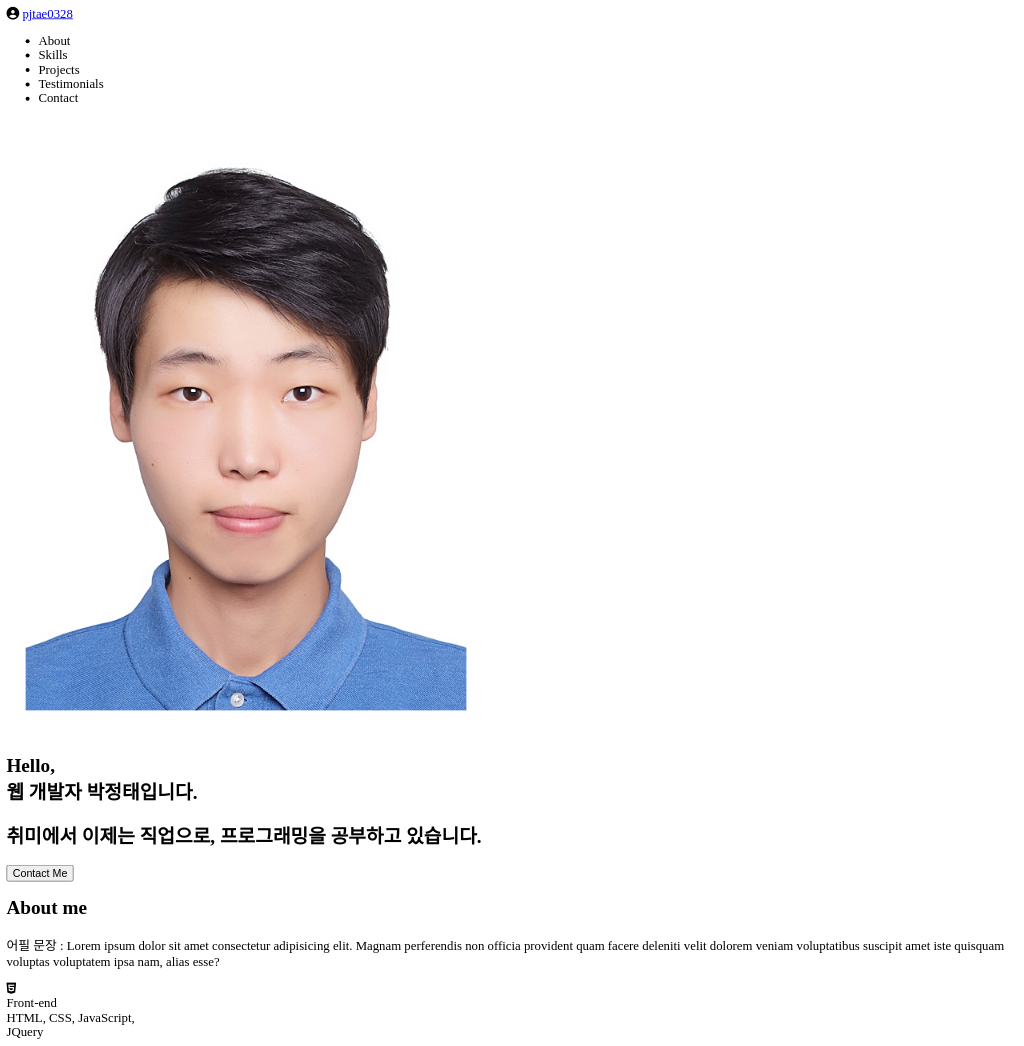
Repository: pjtae0328/Portfolio
Page: index.html
The author's editor kept a copy of each file at every save. The page is drawn from the files as they stood at one save, then again after the next save.
The browser window is 1280 px wide. The pictures show the whole page, at 80% of full size.
Some web libraries are served in a nearby version.

Above is the page before, as saved 2021-08-26 21:37:56.

### index.html
<!DOCTYPE html>
<html lang="ko">

<head>
    <meta charset="UTF-8">
    <meta http-equiv="X-UA-Compatible" content="IE=edge"> <!-- ie 호환성보기 무시 -->
    <meta name="viewport" content="width=device-width, initial-scale=1.0">
    <title>박정태 포트폴리오</title>

    <!-- 설명 / 작성자 -->
    <meta name="description" content="준비된 개발자 박정태의 포트폴리오 입니다.">
    <meta name="author" content="박정태">

    <!-- 아이콘 -->
    <link rel="icon" type="image/png" href="imgs/favicon.png" />

    <!-- fontawesome -->
    <script src="https://kit.fontawesome.com/0d232bdc2d.js" crossorigin="anonymous">
    </script>

    <!-- font -->
    <link rel="preconnect" href="https://fonts.googleapis.com">
    <link rel="preconnect" href="https://fonts.gstatic.com" crossorigin>
    <link href="https://fonts.googleapis.com/css2?family=Noto+Sans+KR:wght@400;500;700&display=swap" rel="stylesheet">

    <!-- css / js -->
    <link rel="stylesheet" href="style.css" />
    <script src="main.js" defer></script>

<body>
    <!-- Nav Bar -->
    <nav id="navbar">
        <div class="navbar__logo">
            <i class="fas fa-user-circle"></i>
            <a href="#">pjtae0328</a>
        </div>
        <ul class="navbar__menu">
            <li class="navbar__menu__item">About</li>
            <li class="navbar__menu__item">Skills</li>
            <li class="navbar__menu__item">Projects</li>
            <li class="navbar__menu__item">Testimonials</li>
            <li class="navbar__menu__item">Contact</li>
        </ul>
    </nav>

    <!-- Home -->
    <section class="home">
        <img src="/imgs/profile.jpg" alt="profile photo" class="home__avatar">
        <h1 class="home__title">Hello, <br>웹 개발자 박정태입니다.</h1>
        <h2 class="home__discription">취미에서 이제는 직업으로, 프로그래밍을 공부하고 있습니다.</h2>
        <button class="home__contact">Contact Me</button>
    </section>

    <!-- About -->
    <section class="about">
        <h1>About me</h1>
        <p>어필 문장 : Lorem ipsum dolor sit amet consectetur adipisicing elit. Magnam perferendis non officia provident quam facere deleniti velit dolorem veniam voluptatibus suscipit amet iste quisquam voluptas voluptatem ipsa nam, alias esse?</p>
        <div class="about__majors">
            <div class="major">
                <div class="major__icon">
                    <i class="fab fa-html5"></i>
                </div>
                <div class="major_title">Front-end</div>
                <div class="major__description">
                    HTML, CSS, JavaScript,
                    <br>JQuery
                </div>
            </div>
        </div>
    </section>

    <!-- Skills -->
    <section class="skills"></section>

    <!-- Projects -->
    <section class="projects"></section>

    <!-- Testimonials -->
    <section class="testimonials"></section>

    <!-- Contect -->
    <section class="contect"></section>


</html>

Loaded but not shown: style.css (no stored copy; drawn as an empty file); main.js (no stored copy; drawn as an empty file)

After the next save:
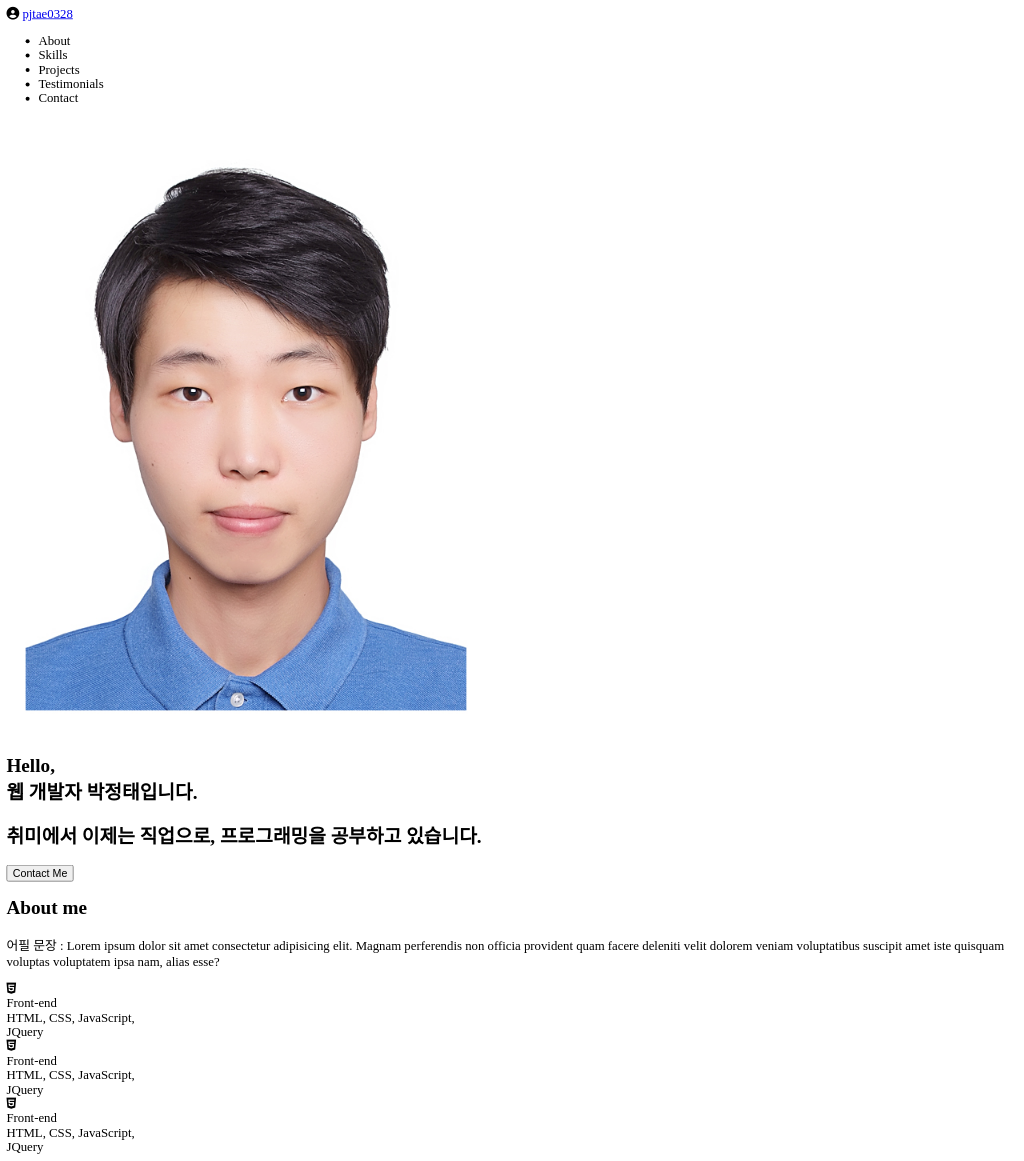
Saved 18 s later.
--- a/index.html
+++ b/index.html
@@ -66,6 +66,26 @@
                     <br>JQuery
                 </div>
             </div>
+            <div class="major">
+                <div class="major__icon">
+                    <i class="fab fa-html5"></i>
+                </div>
+                <div class="major_title">Front-end</div>
+                <div class="major__description">
+                    HTML, CSS, JavaScript,
+                    <br>JQuery
+                </div>
+            </div>
+            <div class="major">
+                <div class="major__icon">
+                    <i class="fab fa-html5"></i>
+                </div>
+                <div class="major_title">Front-end</div>
+                <div class="major__description">
+                    HTML, CSS, JavaScript,
+                    <br>JQuery
+                </div>
+            </div>
         </div>
     </section>
 
